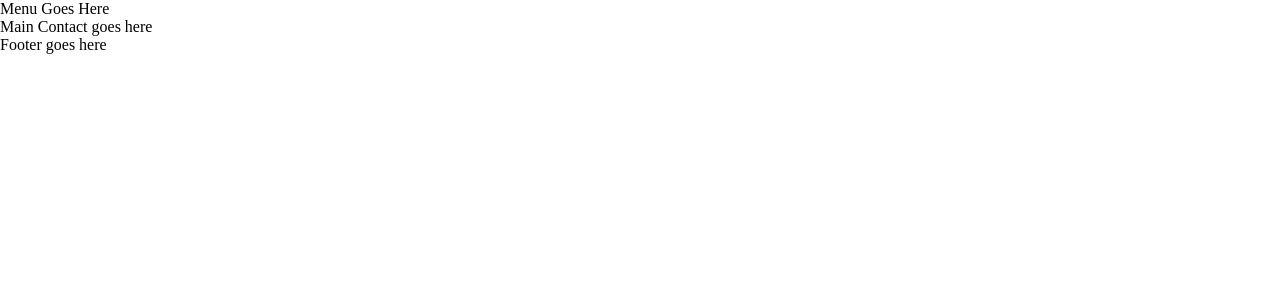
Repository: yazshrilld/food_order
Page: http://localhost/admin/index.php
The author's editor kept a copy of each file at every save. The page is drawn from the files as they stood at one save, then again after a run of saves.
The browser window is 1280 px wide. The pictures show the whole page.
The page is run by PHP 8.4 with error messages shown; the project is at /var/www/html/.

Above is the page before, as saved 2021-01-24 15:58:25.

After the next 7 saves:
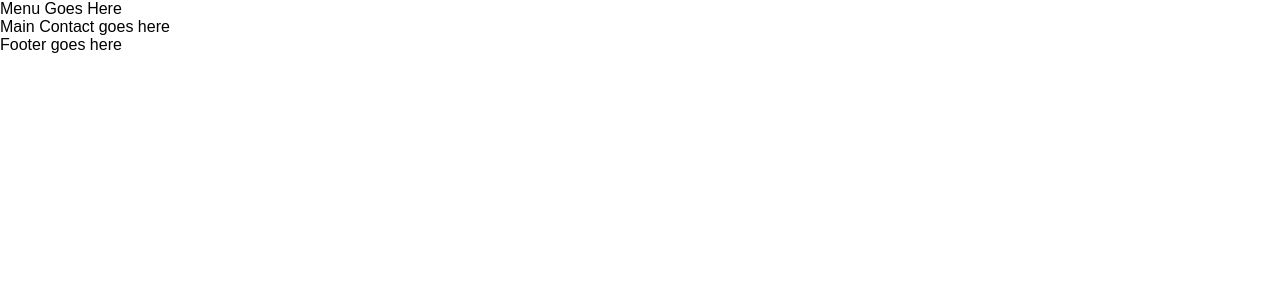
The 7 saves are shown as one change because they came seconds apart.
The last was saved 18 s later.
--- a/css/admin.css
+++ b/css/admin.css
@@ -7,5 +7,5 @@
 *{
     margin: 0;
     padding: 0;
-    font-family: ;
+    font-family: Arial, Helvetica;
 }
